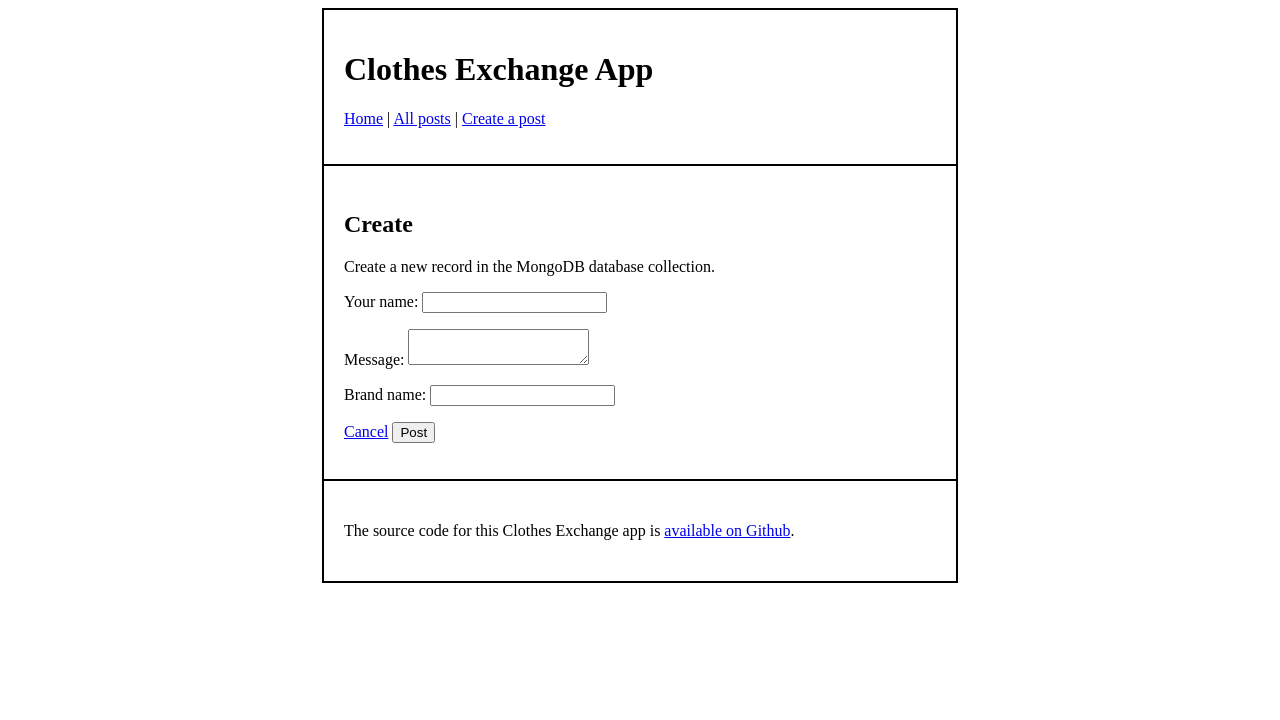
Repository: dbdesign-students-spring2024/7-web-app-dianachen1013
Page: http://localhost/create
These files come from the project's save history. The page is drawn as it stood at one moment and after the next save; the edit follows.
The browser window is 1280 px wide. The pictures show the whole page.
The page is served by the project's application, run on Flask 3 (app.py).

Above is the page before, as saved 2024-04-15 18:31:38.

### templates/create.html
{% extends 'base.html' %} {% block container %}
<h2>Create</h2>
<p>Create a new record in the MongoDB database collection.</p>
<form method="POST" action="{{ url_for('create_post') }}">
  <p>Your name: <input type="text" id="fname" name="fname" /><br /></p>
  <p>
    Message:
    <textarea type="text" id="fmessage" name="fmessage"></textarea>
  </p>
  <p>Brand name: <input type="text" id="fbrand" name="fbrand" /><br /></p>
  <p>
    <a href="{{ url_for('read')}}">Cancel</a>
    <input type="submit" name="post-btn" value="Post" />
  </p>
</form>
{% endblock %}

### templates/base.html
<!DOCTYPE html>
<html>
  <head>
    <title>Clothes Exchange App</title>
    <link
      rel="stylesheet"
      href="{{ url_for('static', filename='css/style.css') }}"
    />
  </head>
  <body>
    <div class="container">
      <header>
        <h1>Clothes Exchange App</h1>
        <p>
          <a href="{{ url_for('home')}}">Home</a> |
          <a href="{{ url_for('read')}}">All posts</a> |
          <a href="{{ url_for('create')}}">Create a post</a>
        </p>
      </header>
      <main>{% block container %} {% endblock %}</main>
      <footer>
        <p>
          The source code for this Clothes Exchange app is
          <a href="https://github.com/dbdesign-students-spring2024/7-web-app-dianachen1013"
            >available on Github</a
          >.
        </p>
      </footer>
    </div>
  </body>
</html>

### app.py
#!/usr/bin/env python3

import os
import sys
import subprocess
import datetime

from flask import Flask, render_template, request, redirect, url_for, make_response

# import logging
import sentry_sdk
from sentry_sdk.integrations.flask import (
    FlaskIntegration,
)  # delete this if not using sentry.io

# from markupsafe import escape
import pymongo
from pymongo.errors import ConnectionFailure
from bson.objectid import ObjectId
from dotenv import load_dotenv

# load credentials and configuration options from .env file
# if you do not yet have a file named .env, make one based on the template in env.example
load_dotenv(override=True)  # take environment variables from .env.

# initialize Sentry for help debugging... this requires an account on sentrio.io
# you will need to set the SENTRY_DSN environment variable to the value provided by Sentry
# delete this if not using sentry.io
sentry_sdk.init(
    dsn=os.getenv("SENTRY_DSN"),
    # enable_tracing=True,
    # Set traces_sample_rate to 1.0 to capture 100% of transactions for performance monitoring.
    traces_sample_rate=1.0,
    # Set profiles_sample_rate to 1.0 to profile 100% of sampled transactions.
    # We recommend adjusting this value in production.
    integrations=[FlaskIntegration()],
    send_default_pii=True,
)

# instantiate the app using sentry for debugging
app = Flask(__name__)

# # turn on debugging if in development mode
# app.debug = True if os.getenv("FLASK_ENV", "development") == "development" else False

# try to connect to the database, and quit if it doesn't work
try:
    cxn = pymongo.MongoClient(os.getenv("MONGO_URI"))
    db = cxn[os.getenv("MONGO_DBNAME")]  # store a reference to the selected database

    # verify the connection works by pinging the database
    cxn.admin.command("ping")  # The ping command is cheap and does not require auth.
    print(" * Connected to MongoDB!")  # if we get here, the connection worked!
except ConnectionFailure as e:
    # catch any database errors
    # the ping command failed, so the connection is not available.
    print(" * MongoDB connection error:", e)  # debug
    sentry_sdk.capture_exception(e)  # send the error to sentry.io. delete if not using
    sys.exit(1)  # this is a catastrophic error, so no reason to continue to live


# set up the routes


@app.route("/")
def home():
    """
    Route for the home page.
    Simply returns to the browser the content of the index.html file located in the templates folder.
    """
    return render_template("index.html")


@app.route("/read")
def read():
    """
    Route for GET requests to the read page.
    Displays some information for the user with links to other pages.
    """
    docs = db.exampleapp.find({}).sort(
        "created_at", -1
    )  # sort in descending order of created_at timestamp
    return render_template("read.html", docs=docs)  # render the read template


@app.route("/create")
def create():
    """
    Route for GET requests to the create page.
    Displays a form users can fill out to create a new document.
    """
    return render_template("create.html")  # render the create template


@app.route("/create", methods=["POST"])
def create_post():
    """
    Route for POST requests to the create page.
    Accepts the form submission data for a new document and saves the document to the database.
    """

    name = request.form["fname"]
    Type_of_Clothes = request.form["ftype"]
    Brand = request.form["fbrand"]
    Size = request.form["fsize"]
    Condition = request.form["fcondition"]
    Image_URL = request.form["fimage_url"]
    message = request.form["fmessage"]

    # create a new document with the data the user entered
    doc = {"name": name, "Type_of_Clothes": Type_of_Clothes, "Brand": Brand, "Size": Size, "Condition": Condition, "Image_URL": Image_URL, "message": message, "created_at": datetime.datetime.utcnow()}
    db.exampleapp.insert_one(doc)  # insert a new document

    return redirect(
        url_for("read")
    )  # tell the browser to make a request for the /read route


@app.route("/edit/<mongoid>")
def edit(mongoid):
    """
    Route for GET requests to the edit page.
    Displays a form users can fill out to edit an existing record.

    Parameters:
    mongoid (str): The MongoDB ObjectId of the record to be edited.
    """
    doc = db.exampleapp.find_one({"_id": ObjectId(mongoid)})
    return render_template(
        "edit.html", mongoid=mongoid, doc=doc
    )  # render the edit template


@app.route("/edit/<mongoid>", methods=["POST"])
def edit_post(mongoid):
    """
    Route for POST requests to the edit page.
    Accepts the form submission data for the specified document and updates the document in the database.

    Parameters:
    mongoid (str): The MongoDB ObjectId of the record to be edited.
    """
    name = request.form["fname"]
    Type_of_Clothes = request.form["ftype"]
    Brand = request.form["fbrand"]
    Size = request.form["fsize"]
    Condition = request.form["fcondition"]
    Image_URL = request.form["fimage_url"]
    message = request.form["fmessage"]

    doc = {
        # "_id": ObjectId(mongoid),
        "name": name,
        "Type_of_CLothes": Type_of_Clothes,
        "Brand": Brand,
        "Size": Size,
        "Condition": Condition,
        "Image_URL": Image_URL,
        "message": message,
        "created_at": datetime.datetime.utcnow(),
    }

    db.exampleapp.update_one(
        {"_id": ObjectId(mongoid)}, {"$set": doc}  # match criteria
    )

    return redirect(
        url_for("read")
    )  # tell the browser to make a request for the /read route


@app.route("/delete/<mongoid>")
def delete(mongoid):
    """
    Route for GET requests to the delete page.
    Deletes the specified record from the database, and then redirects the browser to the read page.

    Parameters:
    mongoid (str): The MongoDB ObjectId of the record to be deleted.
    """
    db.exampleapp.delete_one({"_id": ObjectId(mongoid)})
    return redirect(
        url_for("read")
    )  # tell the web browser to make a request for the /read route.


@app.route("/webhook", methods=["POST"])
def webhook():
    """
    GitHub can be configured such that each time a push is made to a repository, GitHub will make a request to a particular web URL... this is called a webhook.
    This function is set up such that if the /webhook route is requested, Python will execute a git pull command from the command line to update this app's codebase.
    You will need to configure your own repository to have a webhook that requests this route in GitHub's settings.
    Note that this webhook does do any verification that the request is coming from GitHub... this should be added in a production environment.
    """
    # run a git pull command
    process = subprocess.Popen(["git", "pull"], stdout=subprocess.PIPE)
    pull_output = process.communicate()[0]
    # pull_output = str(pull_output).strip() # remove whitespace
    process = subprocess.Popen(["chmod", "a+x", "flask.cgi"], stdout=subprocess.PIPE)
    chmod_output = process.communicate()[0]
    # send a success response
    response = make_response(f"output: {pull_output}", 200)
    response.mimetype = "text/plain"
    return response


@app.errorhandler(Exception)
def handle_error(e):
    """
    Output any errors - good for debugging.
    """
    return render_template("error.html", error=e)  # render the edit template


# run the app
if __name__ == "__main__":
    # logging.basicConfig(filename="./flask_error.log", level=logging.DEBUG)
    app.run(load_dotenv=True)

### static/css/style.css
.container {
  border: 2px solid;
  width: 50%;
  margin: 0 auto;
}

header,
footer,
main {
  padding: 20px;
}

header,
main {
  border-bottom: 2px solid;
  margin-bottom: 5px;
}

p.post {
  font-size: 12px;
}

footer {
  margin-bottom: 5px;
}

After the next save:
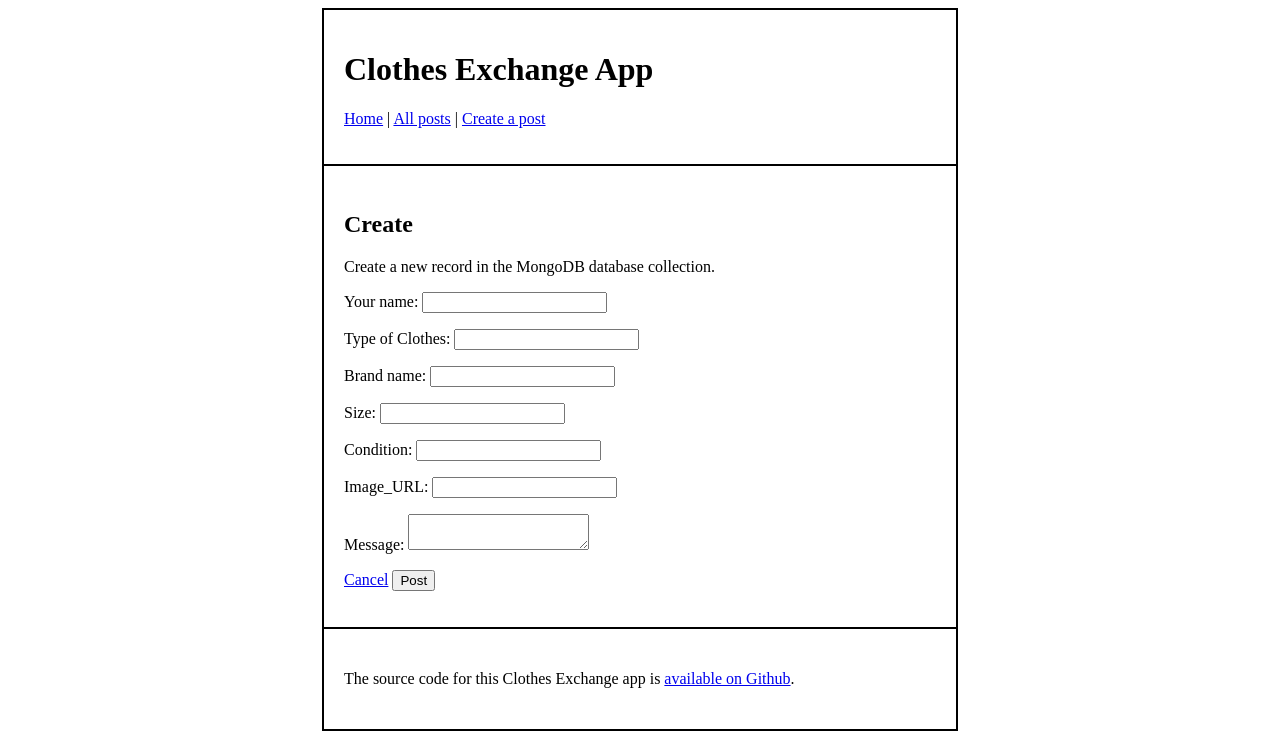
Saved 2 min 41 s later.
--- a/templates/create.html
+++ b/templates/create.html
@@ -3,11 +3,16 @@
 <p>Create a new record in the MongoDB database collection.</p>
 <form method="POST" action="{{ url_for('create_post') }}">
   <p>Your name: <input type="text" id="fname" name="fname" /><br /></p>
+  <p>Type of Clothes: <input type="text" id="ftype" name="ftype" /><br /></p>
+  <p>Brand name: <input type="text" id="fbrand" name="fbrand" /><br /></p>
+  <p>Size: <input type="text" id="fsize" name="fsize" /><br /></p>
+  <p>Condition: <input type="text" id="fcondition" name="fcondition" /><br /></p>
+  <p>Image_URL: <input type="text" id="fimage_url" name="fimage_url" /><br /></p>
   <p>
     Message:
     <textarea type="text" id="fmessage" name="fmessage"></textarea>
   </p>
-  <p>Brand name: <input type="text" id="fbrand" name="fbrand" /><br /></p>
+
   <p>
     <a href="{{ url_for('read')}}">Cancel</a>
     <input type="submit" name="post-btn" value="Post" />
